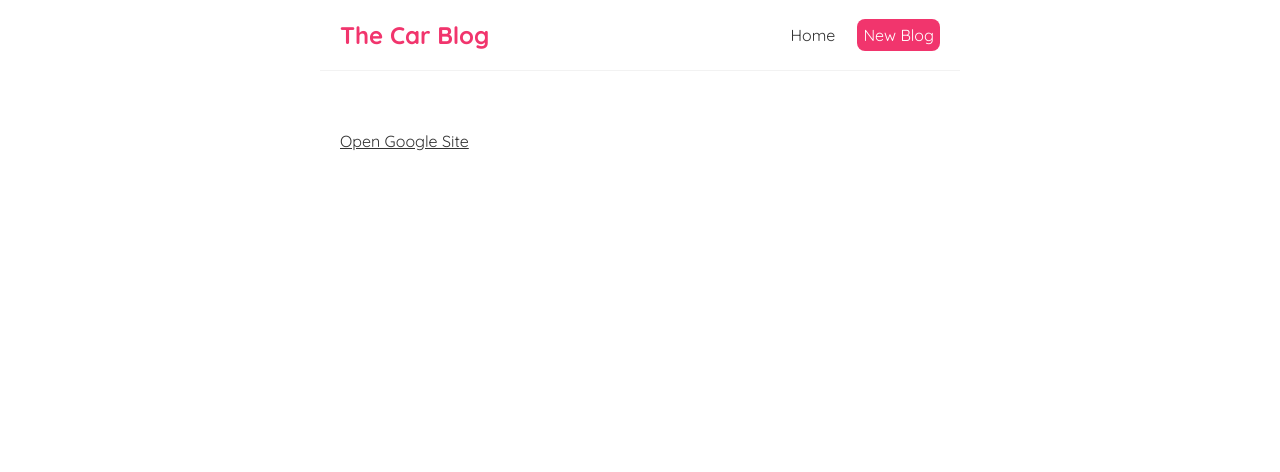
Repository: anuragkej/blogster
Page: /
The author's editor kept a copy of each file at every save. The page is drawn from the files as they stood at one save, then again after a run of saves.
The browser window is 1280 px wide. The pictures show the whole page.
The project was rebuilt for these pictures with package versions that can differ from the ones it lists, and the page was loaded fresh each time. Requests to the local data server were answered from the project's data file.

Above is the page before, as saved 2024-09-05 14:28:59.

### src/index.css
@import url("https://fonts.googleapis.com/css2?family=Quicksand:wght@300;400;500;600;700&display=swap");

* {
  margin: 0;
  font-family: "Quicksand";
  color: #333;
}
.navbar {
  padding: 20px;
  display: flex;
  align-items: center;
  max-width: 600px;
  margin: 0 auto;
  border-bottom: 1px solid #f2f2f2;
}
.navbar h1 {
  color: #f1356d;
}
.navbar .links {
  margin-left: auto;
}
.navbar a {
  margin-left: 16px;
  text-decoration: none;
  padding: 6px;
}
.navbar a:hover {
  color: #f1356d;
}
.content {
  max-width: 600px;
  margin: 40px auto;
  padding: 20px;
}
/* blog previews / list */
.blog-preview {
  padding: 10px 16px;
  margin: 20px 0;
  border-bottom: 1px solid #fafafa;
}
.blog-preview:hover {
  box-shadow: 1px 3px 5px rgba(0, 0, 0, 0.1);
}
.blog-preview h2 {
  font-size: 20px;
  color: #f1356d;
  margin-bottom: 8px;
}

### src/App.js
import Navbar from "./Navbar";
import Home from "./Home";

function App() {
  const title = "Welcome to Blogster";
  const likes = 50;
  const link = "http://www.google.com";

  // react converts everything to string before outputting to browser, so don't need to worry about typecasting

  return (
    <div className="App">
      <Navbar></Navbar>
      <div className="content">
        <Home />

        <a href={link}>Open Google Site</a>
      </div>
    </div>
  );
}

export default App;

### src/Navbar.js
const Navbar = () => {
  return (
    <nav className="navbar">
      <h1>The Car Blog</h1>
      <div className="links">
        <a href="/">Home</a>
        <a
          href="/create"
          style={{
            color: "white",
            backgroundColor: "#f1356d",
            borderRadius: "8px",
          }}
        >
          New Blog
        </a>
      </div>
    </nav>
  );
};

export default Navbar;

### src/Home.js
import { useState, useEffect } from "react";
import BlogList from "./BlogList";

const Home = () => {
  const [blogs, setBlogs] = useState(null);

  const [name, setName] = useState("mario");

  const handleDelete = (id) => {
    const newBlogs = blogs.filter((blog) => blog.id !== id);
    setBlogs(newBlogs);
  };

  /* fires on every render, so any change of code */
  useEffect(() => {
    fetch("http://localhost:8000/blogs")
      .then((res) => {
        return res.json();
      })
      .then((data) => {
        console.log(data);
      });
  }, []);

  return (
    <div className="home">
      {/* blos={blogs} is a prop */}
      {/* <BlogList blogs={blogs} title="All Blogs!" handleDelete={handleDelete} />
      <button onClick={() => setName("luigi")}>change name</button>
      <p>{name}</p> */}
    </div>
  );
};

export default Home;

### data/db.json
{
  "blogs": [
    {
      "title": "My First Blog",
      "body": "Sample Body",
      "author": "Me",
      "id": 1
    },
    {
      "title": "My second blog",
      "body": "Another sample",
      "author": "You",
      "id": 2
    }
  ]
}

### src/BlogList.js
const BlogList = ({ blogs, title, handleDelete }) => {
  //   const blogs = props.blogs;
  //   const title = props.title;
  //   const handleDelete = props.handleDelete;

  return (
    <div className="blog-list">
      <h2>{title}</h2>
      {blogs.map((blog) => (
        <div className="blog-preview" key={blog.id}>
          <h2>{blog.title}</h2>
          <p>Written by {blog.author}</p>
          <button onClick={() => handleDelete(blog.id)}>Delete Blog</button>
        </div>
      ))}
    </div>
  );
};

export default BlogList;

Loaded but not shown: public/index.html (common file); src/index.js (common file)

After the next 2 saves:
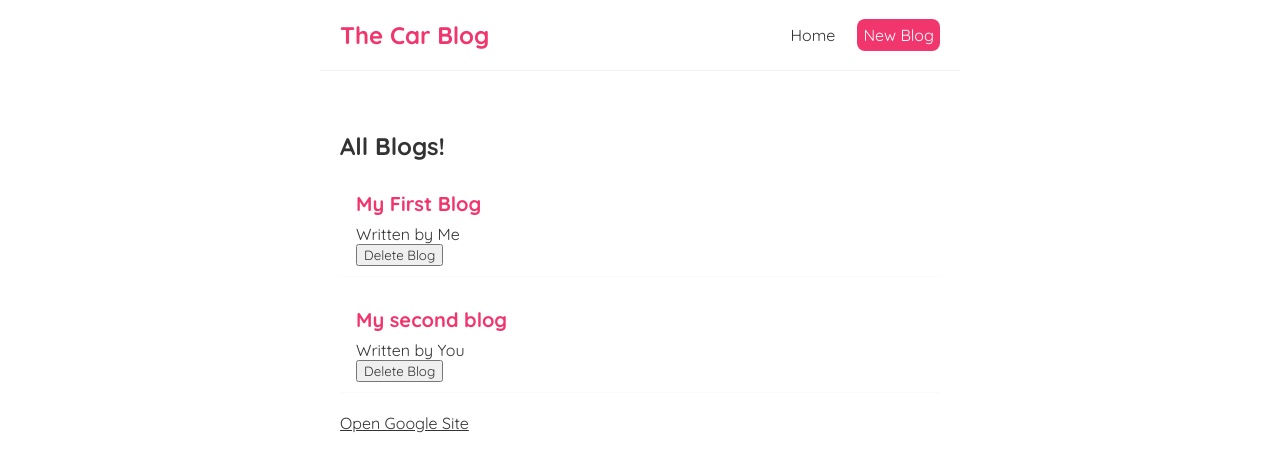
The 2 saves are shown as one change because 1 did not build or start.
The last was saved 110 s later.
--- a/src/Home.js
+++ b/src/Home.js
@@ -11,22 +11,28 @@ const Home = () => {
     setBlogs(newBlogs);
   };
 
-  /* fires on every render, so any change of code */
+  /* fires on initial render, so doesn't matter if code changes */
   useEffect(() => {
     fetch("http://localhost:8000/blogs")
       .then((res) => {
         return res.json();
       })
       .then((data) => {
-        console.log(data);
+        setBlogs(data);
       });
   }, []);
 
   return (
     <div className="home">
       {/* blos={blogs} is a prop */}
-      {/* <BlogList blogs={blogs} title="All Blogs!" handleDelete={handleDelete} />
-      <button onClick={() => setName("luigi")}>change name</button>
+      {blogs && (
+        <BlogList
+          blogs={blogs}
+          title="All Blogs!"
+          handleDelete={handleDelete}
+        />
+      )}
+      {/* <button onClick={() => setName("luigi")}>change name</button>
       <p>{name}</p> */}
     </div>
   );
